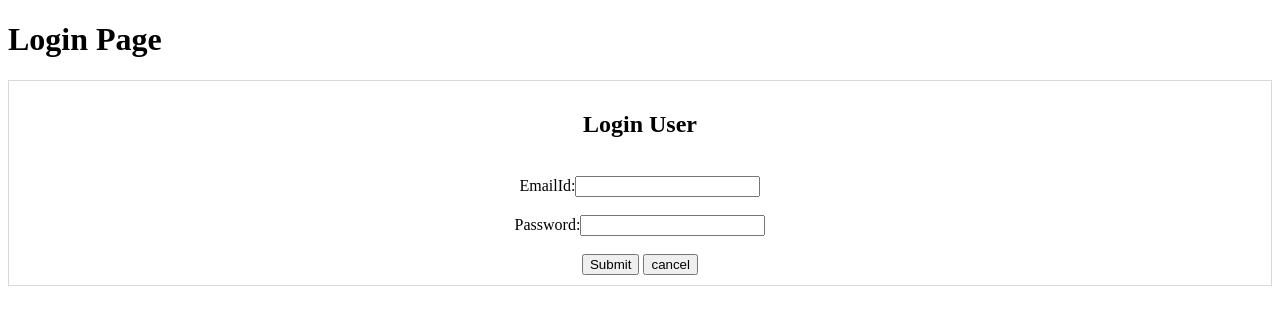
Repository: ashwinipatil321/ServletPrograms
Page: http://localhost/loginAndRegisterServlet/login.jsp
The author's editor kept a copy of each file at every save. The page is drawn from the files as they stood at one save, then again after the next save.
The browser window is 1280 px wide. The pictures show the whole page.
The page is served by Tomcat 9. Other server files are loaded and not shown.

Above is the page before, as saved 2017-11-06 11:35:56.

### loginAndRegisterServlet/WebContent/login.jsp
<%@ page language="java" contentType="text/html; charset=UTF-8"
	pageEncoding="UTF-8"%>
<!DOCTYPE html PUBLIC "-//W3C//DTD HTML 4.01 Transitional//EN" "http://www.w3.org/TR/html4/loose.dtd">
<html>
<head>
<meta http-equiv="Content-Type" content="text/html; charset=UTF-8">
<title> welcome Login page</title>
<style type="text/css">
center{
border:1px solid #D5D8DC;
padding:10px;
margin:auto;
}

.submit{
margin: 5px auto;
padding: 1px 2px;
}
</style>
</head>

<body>
	<h1>Login Page</h1>
	<center>
		<h2>Login User</h2>
		<form action="Login" method="post">
			<br />EmailId:<input type="text" name="emailId"> <br /><br>
			Password:<input type="password" name="password"> <br /><br>
			<input type="submit" value="Submit">
			 <a href="Register.jsp"><input type="button" value="cancel"></a>
		</form>
	</center>
</body>
</html>

After the next save:
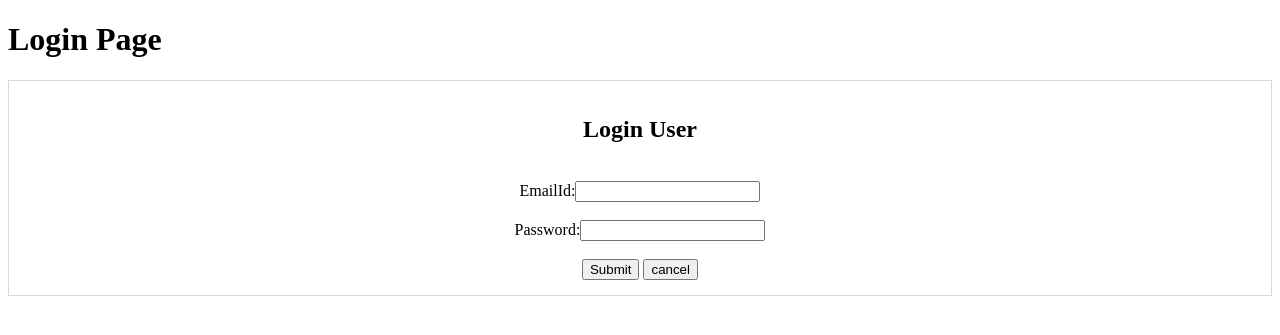
Saved 28 s later.
--- a/loginAndRegisterServlet/WebContent/login.jsp
+++ b/loginAndRegisterServlet/WebContent/login.jsp
@@ -8,7 +8,7 @@
 <style type="text/css">
 center{
 border:1px solid #D5D8DC;
-padding:10px;
+padding:15px;
 margin:auto;
 }
 
